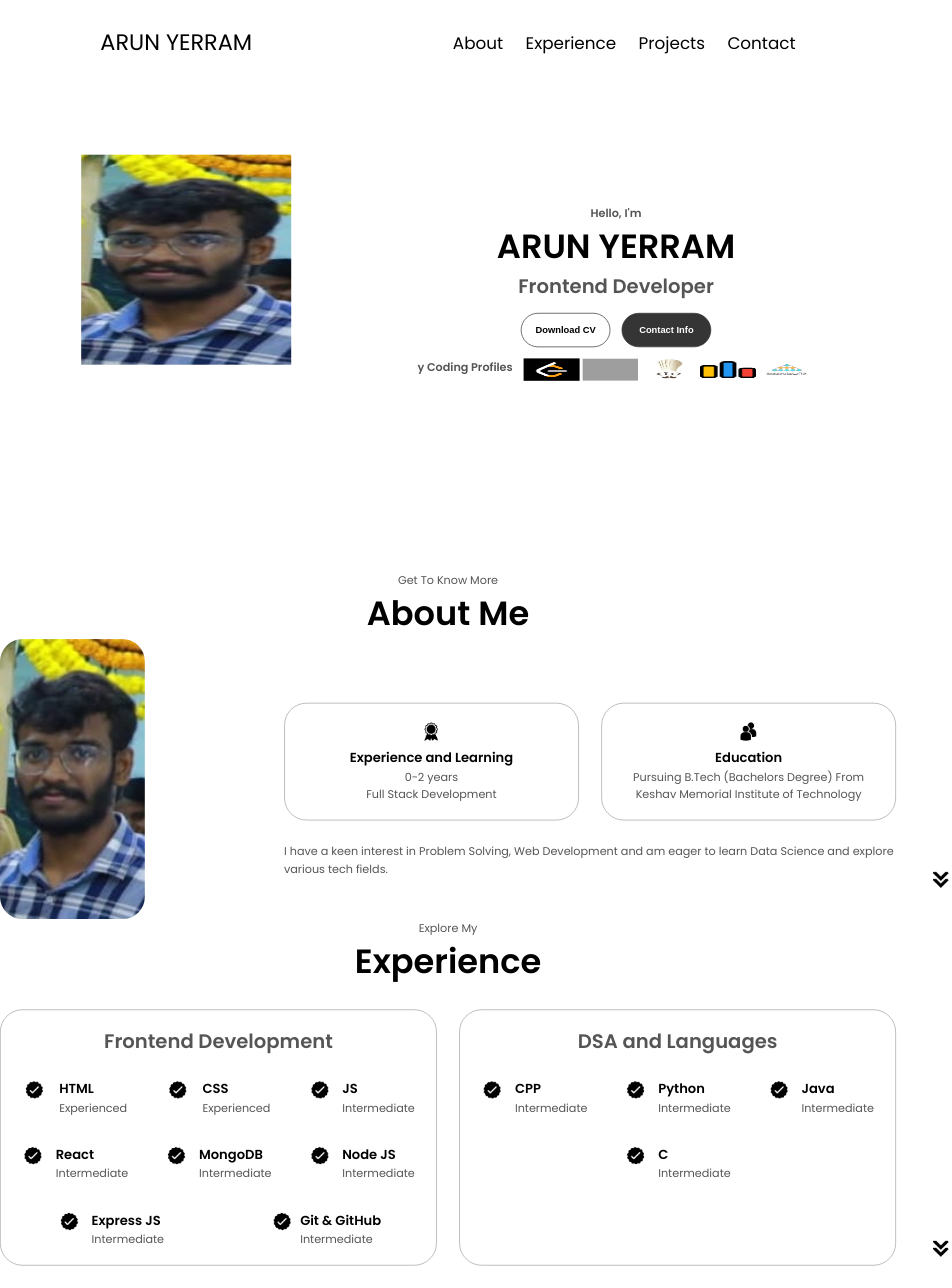
Repository: ARUN-YERRAM/ARUN-YERRAM-PORTFOLIO
Page: portfolio/index.html
An editor plug-in stored every save of this project. The page is shown before and after a run of saves, followed by the edit.
The browser window is 1280 px wide. The page is 1360 px wide, so the pictures cover 1360 px, including what lies to the right of the window. The pictures show the part of the page from y = 0 to 1840 px (the page is 3129 px tall), at 70% of full size.
Pictures or frames that could not be fetched are drawn as grey boxes.

Above is the page before, as saved 2024-07-07 04:45:55.

### portfolio/index.html
<!DOCTYPE html>
<html lang="en">
<head>
  <meta charset="UTF-8" />
  <meta http-equiv="X-UA-Compatible" content="IE=edge" />
  <meta name="viewport" content="width=device-width, initial-scale=1.0" />
  <title>My Portfolio</title>
  <link rel="stylesheet" href="style.css" />
  <link rel="stylesheet" href="mediaqueries.css" />
</head>
<body>
  <nav id="desktop-nav">
    <div class="logo">ARUN YERRAM</div>
    <div>
      <ul class="nav-links">
        <li><a href="#about">About</a></li>
        <li><a href="#experience">Experience</a></li>
        <li><a href="#projects">Projects</a></li>
        <li><a href="#contact">Contact</a></li>
      </ul>
    </div>
  </nav>
  <nav id="hamburger-nav">
    <div class="logo">ARUN YERRAM</div>
    <div class="hamburger-menu">
      <div class="hamburger-icon" onclick="toggleMenu()">
        <span></span>
        <span></span>
        <span></span>
      </div>
      <div class="menu-links">
        <li><a href="#about" onclick="toggleMenu()">About</a></li>
        <li><a href="#experience" onclick="toggleMenu()">Experience</a></li>
        <li><a href="#projects" onclick="toggleMenu()">Projects</a></li>
        <li><a href="#contact" onclick="toggleMenu()">Contact</a></li>
      </div>
    </div>
  </nav>
  <section id="profile">
    <div class="section__pic-container">
      <img src="./assets/Photo1.jpg" alt="John Doe profile picture" width="300px" height="300px" />
    </div>
    <div class="section__text">
      <p class="section__text__p1">Hello, I'm</p>
      <h1 class="title">ARUN YERRAM</h1>
      <p class="section__text__p2">Frontend Developer</p>
      <div class="btn-container">
        <button class="btn btn-color-2" onclick="window.open('./assets/My_Resume.pdf')">Download CV</button>
        <button class="btn btn-color-1" onclick="location.href='./#contact'">Contact Info</button>
      </div>
      <div id="socials-container">
        <p> y Coding Profiles <p/>
        <img src="./assets/leetcode.png" alt="My Leetcode profile" class="icon" onclick="window.open('https://leetcode.com/u/arun_2005/', '_blank')" width="80px"/>
        <img src="./assets/GFG.jpeg" alt="My GFG profile" class="icon" width="80px" onclick="window.open('https://www.geeksforgeeks.org/user/arunyerram/?utm_source=geeksforgeeks&utm_medium=my_profile&utm_campaign=auth_user', '_blank')" />
        <img src="./assets/CodeChef.jpeg" alt="My CodeChef profile" class="icon" onclick="window.open('https://www.codechef.com/users/yarun2k05', '_blank')" width="80px"/>
        <img src="./assets/Codeforces.png" alt="My CodeForces profile" class="icon" width="80px"onclick="window.open('https://codeforces.com/profile/Arunyerram_12', '_blank')" />
        <img src="./assets/IB.png" alt="My InterviewBit profile" class="icon" width="80px" onclick="window.open('https://www.interviewbit.com/profile/yerram-arun/', '_blank')" />
      </div>
    </div>
  </section>
  <section id="about">
    <p class="section__text__p1">Get To Know More</p>
    <h1 class="title">About Me</h1>
    <div class="section-container">
      <div class="section__pic-container">
        <img src="./assets/Photo1.jpg" alt="Profile picture" class="about-pic" />
      </div>
      <div class="about-details-container">
        <div class="about-containers">
          <div class="details-container">
            <img src="./assets/experience.png" alt="Experience icon" class="icon" />
            <h3>Experience and Learning</h3>
            <p>0-2 years <br />Full Stack Development</p>
          </div>
          <div class="details-container">
            <img src="./assets/education.png" alt="Education icon" class="icon" />
            <h3>Education</h3>
            <p>Pursuing B.Tech (Bachelors Degree) From Keshav Memorial Institute of Technology <br /></p>
          </div>
        </div>
        <div class="text-container">
          <p>I have a keen interest in Problem Solving, Web Development and am eager to learn Data Science and explore various tech fields.</p>
        </div>
      </div>
    </div>
    <img src="./assets/arrow.png" alt="Arrow icon" class="icon arrow" onclick="location.href='./#experience'" />
  </section>
  <section id="experience">
    <p class="section__text__p1">Explore My</p>
    <h1 class="title">Experience</h1>
    <div class="experience-details-container">
      <div class="about-containers">
        <div class="details-container">
          <h2 class="experience-sub-title">Frontend Development</h2>
          <div class="article-container">
            <article>
              <img src="./assets/checkmark.png" alt="Experience icon" class="icon" />
              <div>
                <h3>HTML</h3>
                <p>Experienced</p>
              </div>
            </article>

            <article>
              <img src="./assets/checkmark.png" alt="Experience icon" class="icon" />
              <div>
                <h3>CSS</h3>
                <p>Experienced</p>
              </div>
            </article>

            <article>
              <img src="./assets/checkmark.png" alt="Experience icon" class="icon" />
              <div>
                <h3>JS</h3>
                <p>Intermediate</p>
              </div>
            </article>

            <article>
              <img src="./assets/checkmark.png" alt="Experience icon" class="icon" />
              <div>
                <h3>React</h3>
                <p>Intermediate</p>
              </div>
            </article>

            <article>
              <img src="./assets/checkmark.png" alt="Experience icon" class="icon" />
              <div>
                <h3>MongoDB</h3>
                <p>Intermediate</p>
              </div>
            </article>

            <article>
              <img src="./assets/checkmark.png" alt="Experience icon" class="icon" />
              <div>
                <h3>Node JS</h3>
                <p>Intermediate</p>
              </div>
            </article>

            <article>
              <img src="./assets/checkmark.png" alt="Experience icon" class="icon" />
              <div>
                <h3>Express JS</h3>
                <p>Intermediate</p>
              </div>
            </article>

            <article>
              <img src="./assets/checkmark.png" alt="Experience icon" class="icon" />
              <div>
                <h3>Git & GitHub</h3>
                <p>Intermediate</p>
              </div>
            </article>

          </div>
        </div>
        <div class="details-container">
          <h2 class="experience-sub-title">DSA and Languages</h2>
          <div class="article-container">
            <article>
              <img src="./assets/checkmark.png" alt="Experience icon" class="icon" />
              <div>
                <h3>CPP</h3>
                <p>Intermediate</p>
              </div>
            </article>
            <article>
              <img src="./assets/checkmark.png" alt="Experience icon" class="icon" />
              <div>
                <h3>Python</h3>
                <p>Intermediate</p>
              </div>
            </article>

            <article>
              <img src="./assets/checkmark.png" alt="Experience icon" class="icon" />
              <div>
                <h3>Java</h3>
                <p>Intermediate</p>
              </div>
            </article>

            <article>
              <img src="./assets/checkmark.png" alt="Experience icon" class="icon" />
              <div>
                <h3>C</h3>
                <p>Intermediate</p>
              </div>
            </article>
          </div>
        </div>
      </div>
    </div>
    <img src="./assets/arrow.png" alt="Arrow icon" class="icon arrow" onclick="location.href='./#projects'" />
  </section>
  <section id="projects">
    <p class="section__text__p1">Browse My Recent</p>
    <h1 class="title">Projects</h1>
    <div class="experience-details-container">
      <div class="about-containers">
        <div class="details-container color-container">
          <div class="article-container">
            <img src="./assets/P1.png" alt="Project 1" class="project-img" />
          </div>
          <h2 class="experience-sub-title project-title">NYAAYSAHAAYAK</h2>
          <div class="btn-container">
            <button class="btn btn-color-2 project-btn" onclick="location.href='https://github.com/ARUN-YERRAM/NYAAYSAHAAYAK'">GitHub</button>
            <button class="btn btn-color-2 project-btn" onclick="location.href=''">Live Demo</button>
          </div>
        </div>
        <div class="details-container color-container">
          <div class="article-container">
            <img src="./assets/project-2.png" alt="Project 2" class="project-img" />
          </div>
          <h2 class="experience-sub-title project-title">LecturesCheck</h2>
          <div class="btn-container">
            <button class="btn btn-color-2 project-btn" onclick="location.href='https://github.com/ARUN-YERRAM/LecturesCheck'">GitHub</button>
            <button class="btn btn-color-2 project-btn" onclick="location.href=''">Live Demo</button>
          </div>
        </div>
      </div>
    </div>
    <img src="./assets/arrow.png" alt="Arrow icon" class="icon arrow" onclick="location.href='./#contact'" />
  </section>
  <section id="contact">
    <p class="section__text__p1">Get in Touch</p>
    <h1 class="title">Contact Me</h1>
    <div class="contact-info-upper-container">
      <div class="contact-info-container">
        <img src="./assets/email.png" alt="Email icon" class="icon contact-icon email-icon" />
        <p><a href="mailto:arunyerram12022005@gmail.com">arunyerram12022005@gmail.com</a></p>
      </div>
      <div class="contact-info-container">
        <img src="./assets/linkedin.png" alt="LinkedIn icon" class="icon contact-icon" />
        <p><a href="https://www.linkedin.com/in/arun-yerram/">LinkedIn</a></p>
      </div>
    </div>
  </section>
  <footer>
    <nav>
      <div class="nav-links-container">
        <ul class="nav-links">
          <li><a href="#about">About</a></li>
          <li><a href="#experience">Experience</a></li>
          <li><a href="#projects">Projects</a></li>
          <li><a href="#contact">Contact</a></li>
        </ul>
      </div>
    </nav>
    <p>Copyright &#169; 2024 Arun Yerram. All Rights Reserved.</p>
  </footer>
  <script src="script.js"></script>
</body>
</html>

### portfolio/style.css
/* GENERAL */

@import url("https://fonts.googleapis.com/css2?family=Poppins:wght@300;400;500;600&display=swap");

* {
  margin: 0;
  padding: 0;
}

body {
  font-family: "Poppins", sans-serif;
}

html {
  scroll-behavior: smooth;
}

p {
  color: rgb(85, 85, 85);
}

/* TRANSITION */

a,
.btn {
  transition: all 300ms ease;
}


/* DESKTOP NAV */

nav,
.nav-links {
  display: flex;
}

nav {
  justify-content: space-around;
  align-items: center;
  height: 17vh;
}

.nav-links {
  gap: 2rem;
  list-style: none;
  font-size: 1.5rem;
}

a {
  color: black;
  text-decoration: none;
  text-decoration-color: white;
}

a:hover {
  color: grey;
  text-decoration: underline;
  text-underline-offset: 1rem;
  text-decoration-color: rgb(181, 181, 181);
}

.logo {
  font-size: 2rem;
}

.logo:hover {
  cursor: default;
}

/* HAMBURGER MENU */

#hamburger-nav {
  display: none;
}

.hamburger-menu {
  position: relative;
  display: inline-block;
}

.hamburger-icon {
  display: flex;
  flex-direction: column;
  justify-content: space-between;
  height: 24px;
  width: 30px;
  cursor: pointer;
}

.hamburger-icon span {
  width: 100%;
  height: 2px;
  background-color: black;
  transition: all 0.3 ease-in-out;
}

.menu-links {
  position: absolute;
  top: 100%;
  right: 0;
  background-color: white;
  width: fit-content;
  max-height: 0;
  overflow: hidden;
  transition: all 0.3 ease-in-out;
}

.menu-links a {
  display: block;
  padding: 10px;
  text-align: center;
  font-size: 1.5rem;
  color: black;
  text-decoration: none;
  transition: all 0.3 ease-in-out;
}

.menu-links li {
  list-style: none;
}

.menu-links.open {
  max-height: 300px;
}

.hamburger-icon.open span:first-child {
  transform: rotate(45deg) translate(10px, 5px);
}

.hamburger-icon.open span:nth-child(2) {
  opacity: 0;
}

.hamburger-icon.open span:last-child {
  transform: rotate(-45deg) translate(10px, -5px);
}

.hamburger-icon span:first-child {
  transform: none;
}

.hamburger-icon span:first-child {
  opacity: 1;
}

.hamburger-icon span:first-child {
  transform: none;
}


'.icon {
  width: 40px;
  height: 40px;
  margin: 0 10px;
  cursor: pointer;
}

#socials-container {
  display: flex;
  align-items: center;
  justify-content: center;
  margin-top: 20px;
}
'

/* SECTIONS */

section {
  padding-top: 4vh;
  height: 96vh;
  margin: 0 10rem;
  box-sizing: border-box;
  min-height: fit-content;
}

.section-container {
  display: flex;
}

/* PROFILE SECTION */

#profile {
  display: flex;
  justify-content: center;
  gap: 5rem;
  height: 80vh;
}

.section__pic-container {
  display: flex;
  height: 400px;
  width: 400px;
  margin: auto 0;
}

.section__text {
  align-self: center;
  text-align: center;
}

.section__text p {
  font-weight: 600;
}

.section__text__p1 {
  text-align: center;
}

.section__text__p2 {
  font-size: 1.75rem;
  margin-bottom: 1rem;
}

.title {
  font-size: 3rem;
  text-align: center;
}

#socials-container {
  display: flex;
  justify-content: center;
  margin-top: 1rem;
  gap: 1rem;
}

/* ICONS */

.icon {
  cursor: pointer;
  height: 2rem;
}

/* BUTTONS */

.btn-container {
  display: flex;
  justify-content: center;
  gap: 1rem;
}

.btn {
  font-weight: 600;
  transition: all 300ms ease;
  padding: 1rem;
  width: 8rem;
  border-radius: 2rem;
}

.btn-color-1,
.btn-color-2 {
  border: rgb(53, 53, 53) 0.1rem solid;
}

.btn-color-1:hover,
.btn-color-2:hover {
  cursor: pointer;
}

.btn-color-1,
.btn-color-2:hover {
  background: rgb(53, 53, 53);
  color: white;
}

.btn-color-1:hover {
  background: rgb(0, 0, 0);
}

.btn-color-2 {
  background: none;
}

.btn-color-2:hover {
  border: rgb(255, 255, 255) 0.1rem solid;
}

.btn-container {
  gap: 1rem;
}

/* ABOUT SECTION */

#about {
  position: relative;
}

.about-containers {
  gap: 2rem;
  margin-bottom: 2rem;
  margin-top: 2rem;
}

.about-details-container {
  justify-content: center;
  flex-direction: column;
}

.about-containers,
.about-details-container {
  display: flex;
}

.about-pic {
  border-radius: 2rem;
}

.arrow {
  position: absolute;
  right: -5rem;
  bottom: 2.5rem;
}

.details-container {
  padding: 1.5rem;
  flex: 1;
  background: white;
  border-radius: 2rem;
  border: rgb(53, 53, 53) 0.1rem solid;
  border-color: rgb(163, 163, 163);
  text-align: center;
}

.section-container {
  gap: 4rem;
  height: 80%;
}

.section__pic-container {
  height: 400px;
  width: 400px;
  margin: auto 0;
}

/* EXPERIENCE SECTION */

#experience {
  position: relative;
}

.experience-sub-title {
  color: rgb(85, 85, 85);
  font-weight: 600;
  font-size: 1.75rem;
  margin-bottom: 2rem;
}

.experience-details-container {
  display: flex;
  justify-content: center;
  flex-direction: column;
}

.article-container {
  display: flex;
  text-align: initial;
  flex-wrap: wrap;
  flex-direction: row;
  gap: 2.5rem;
  justify-content: space-around;
}

article {
  display: flex;
  width: 10rem;
  justify-content: space-around;
  gap: 0.5rem;
}

article .icon {
  cursor: default;
}

/* PROJECTS SECTION */

#projects {
  position: relative;
}

.color-container {
  border-color: rgb(163, 163, 163);
  background: rgb(250, 250, 250);
}

.project-img {
  border-radius: 2rem;
  width: 90%;
  height: 90%;
}

.project-title {
  margin: 1rem;
  color: black;
}

.project-btn {
  color: black;
  border-color: rgb(163, 163, 163);
}

/* CONTACT */

#contact {
  display: flex;
  justify-content: center;
  flex-direction: column;
  height: 70vh;
}

.contact-info-upper-container {
  display: flex;
  justify-content: center;
  border-radius: 2rem;
  border: rgb(53, 53, 53) 0.1rem solid;
  border-color: rgb(163, 163, 163);
  background: (250, 250, 250);
  margin: 2rem auto;
  padding: 0.5rem;
}

.contact-info-container {
  display: flex;
  align-items: center;
  justify-content: center;
  gap: 0.5rem;
  margin: 1rem;
}

.contact-info-container p {
  font-size: larger;
}

.contact-icon {
  cursor: default;
}

.email-icon {
  height: 2.5rem;
}

/* FOOTER SECTION */

footer {
  height: 26vh;
  margin: 0 1rem;
}

footer p {
  text-align: center;
}

### portfolio/mediaqueries.css
@media screen and (max-width: 1400px) {
  #profile {
    height: 83vh;
    margin-bottom: 6rem;
  }
  .about-containers {
    flex-wrap: wrap;
  }
  #contact,
  #projects {
    height: fit-content;
  }
}

@media screen and (max-width: 1200px) {
  #desktop-nav {
    display: none;
  }
  #hamburger-nav {
    display: flex;
  }
  #experience,
  .experience-details-container {
    margin-top: 2rem;
  }
  #profile,
  .section-container {
    display: block;
  }
  .arrow {
    display: none;
  }
  section,
  .section-container {
    height: fit-content;
  }
  section {
    margin: 0 5%;
  }
  .section__pic-container {
    width: 275px;
    height: 275px;
    margin: 0 auto 2rem;
  }
  .about-containers {
    margin-top: 0;
  }
}

@media screen and (max-width: 600px) {
  #contact,
  footer {
    height: 40vh;
  }
  #profile {
    height: 83vh;
    margin-bottom: 0;
  }
  article {
    font-size: 1rem;
  }
  footer nav {
    height: fit-content;
    margin-bottom: 2rem;
  }
  .about-containers,
  .contact-info-upper-container,
  .btn-container {
    flex-wrap: wrap;
  }
  .contact-info-container {
    margin: 0;
  }
  .contact-info-container p,
  .nav-links li a {
    font-size: 1rem;
  }
  .experience-sub-title {
    font-size: 1.25rem;
  }
  .logo {
    font-size: 1.5rem;
  }
  .nav-links {
    flex-direction: column;
    gap: 0.5rem;
    text-align: center;
  }
  .section__pic-container {
    width: auto;
    height: 46vw;
    justify-content: center;
  }
  .section__text__p2 {
    font-size: 1.25rem;
  }
  .title {
    font-size: 2rem;
  }
  .text-container {
    text-align: justify;
  }
}

Loaded but not shown: portfolio/script.js (common file)

After the next 3 saves:
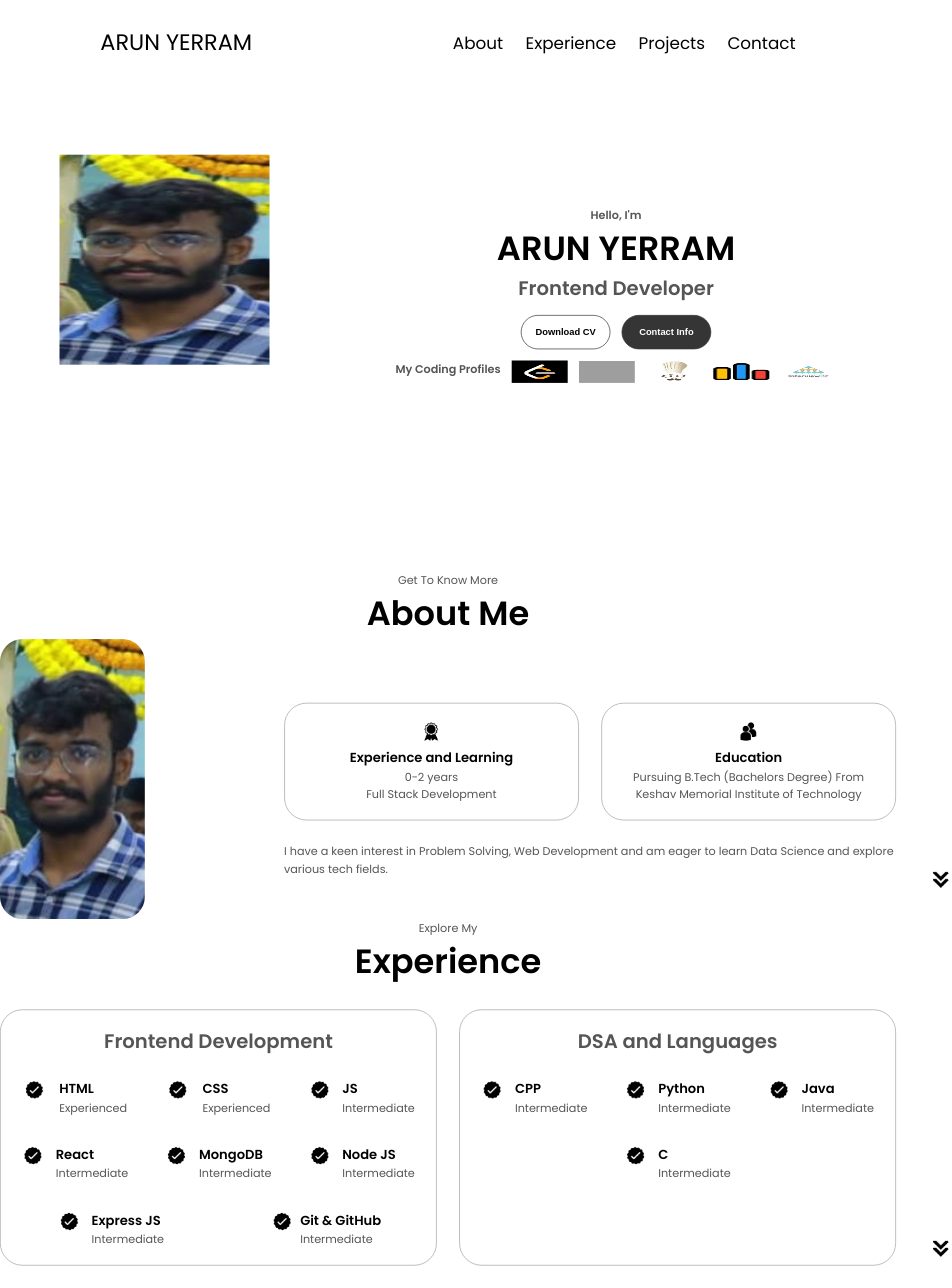
The 3 saves are shown as one change because they came seconds apart.
The last was saved 9 s later.
--- a/portfolio/index.html
+++ b/portfolio/index.html
@@ -49,7 +49,7 @@
         <button class="btn btn-color-1" onclick="location.href='./#contact'">Contact Info</button>
       </div>
       <div id="socials-container">
-        <p> y Coding Profiles <p/>
+        <p> My Coding Profiles </p>
         <img src="./assets/leetcode.png" alt="My Leetcode profile" class="icon" onclick="window.open('https://leetcode.com/u/arun_2005/', '_blank')" width="80px"/>
         <img src="./assets/GFG.jpeg" alt="My GFG profile" class="icon" width="80px" onclick="window.open('https://www.geeksforgeeks.org/user/arunyerram/?utm_source=geeksforgeeks&utm_medium=my_profile&utm_campaign=auth_user', '_blank')" />
         <img src="./assets/CodeChef.jpeg" alt="My CodeChef profile" class="icon" onclick="window.open('https://www.codechef.com/users/yarun2k05', '_blank')" width="80px"/>
